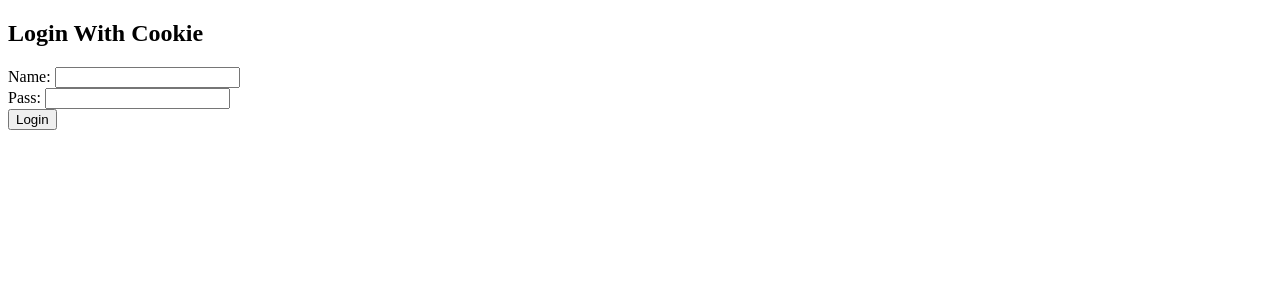
Repository: junUTE/Lap_Trinh_Web
Page: bai_tap_01/src/main/webapp/Login_with_cookie.html
An editor plug-in stored every save of this project. The page is shown before and after the next save, followed by the edit.
The browser window is 1280 px wide. The pictures show the whole page.

Above is the page before, as saved 2025-08-20 14:28:20.

### bai_tap_01/src/main/webapp/Login_with_cookie.html
<!DOCTYPE html>
<html>
<head>
<meta charset="UTF-8">
<title>Insert title here</title>
</head>
<body>
	<h2>Login With Cookie</h2>
	<form action="login" method="Post">
		Name: <input type="text" name="username"> <br /> Pass: <input
			type="password" name="password" /> <br /> <input type="submit"
			value="Login" />
	</form>
</body>
</html>

After the next save:
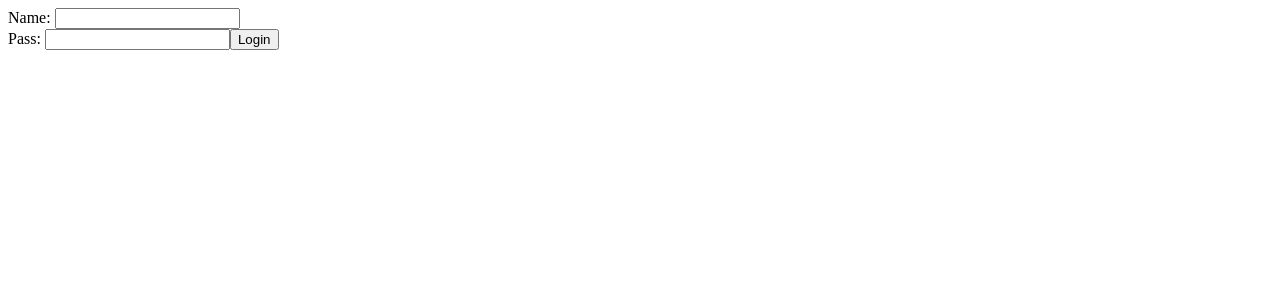
Saved 105 s later.
--- a/bai_tap_01/src/main/webapp/Login_with_cookie.html
+++ b/bai_tap_01/src/main/webapp/Login_with_cookie.html
@@ -4,12 +4,12 @@
 <meta charset="UTF-8">
 <title>Insert title here</title>
 </head>
+
 <body>
-	<h2>Login With Cookie</h2>
-	<form action="login" method="Post">
-		Name: <input type="text" name="username"> <br /> Pass: <input
-			type="password" name="password" /> <br /> <input type="submit"
-			value="Login" />
+	<form action="login" method="post">
+		Name: <input type="text" name="username"> <br />Pass: <input
+			type="password" name="password" /><input type="submit" value="Login" />
 	</form>
+
 </body>
 </html>

After the save that followed:
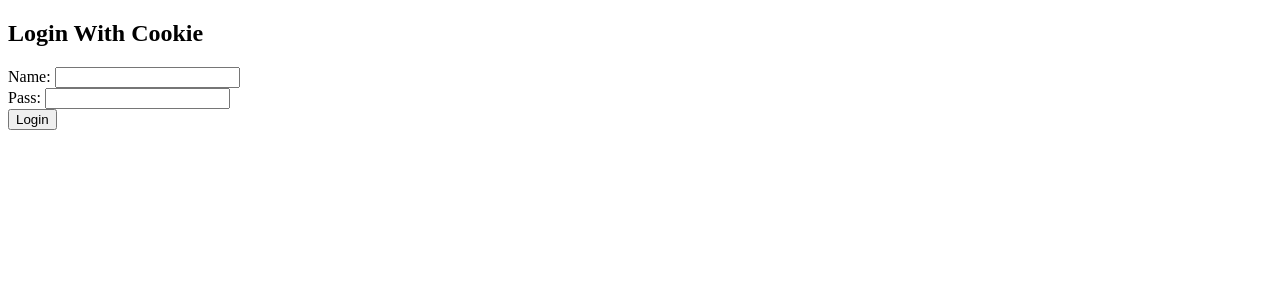
Saved 39 s later.
--- a/bai_tap_01/src/main/webapp/Login_with_cookie.html
+++ b/bai_tap_01/src/main/webapp/Login_with_cookie.html
@@ -4,12 +4,12 @@
 <meta charset="UTF-8">
 <title>Insert title here</title>
 </head>
-
 <body>
-	<form action="login" method="post">
-		Name: <input type="text" name="username"> <br />Pass: <input
-			type="password" name="password" /><input type="submit" value="Login" />
+	<h2>Login With Cookie</h2>
+	<form action="login" method="Post">
+		Name: <input type="text" name="username"> <br /> Pass: <input
+			type="password" name="password" /> <br /> <input type="submit"
+			value="Login" />
 	</form>
-
 </body>
 </html>
